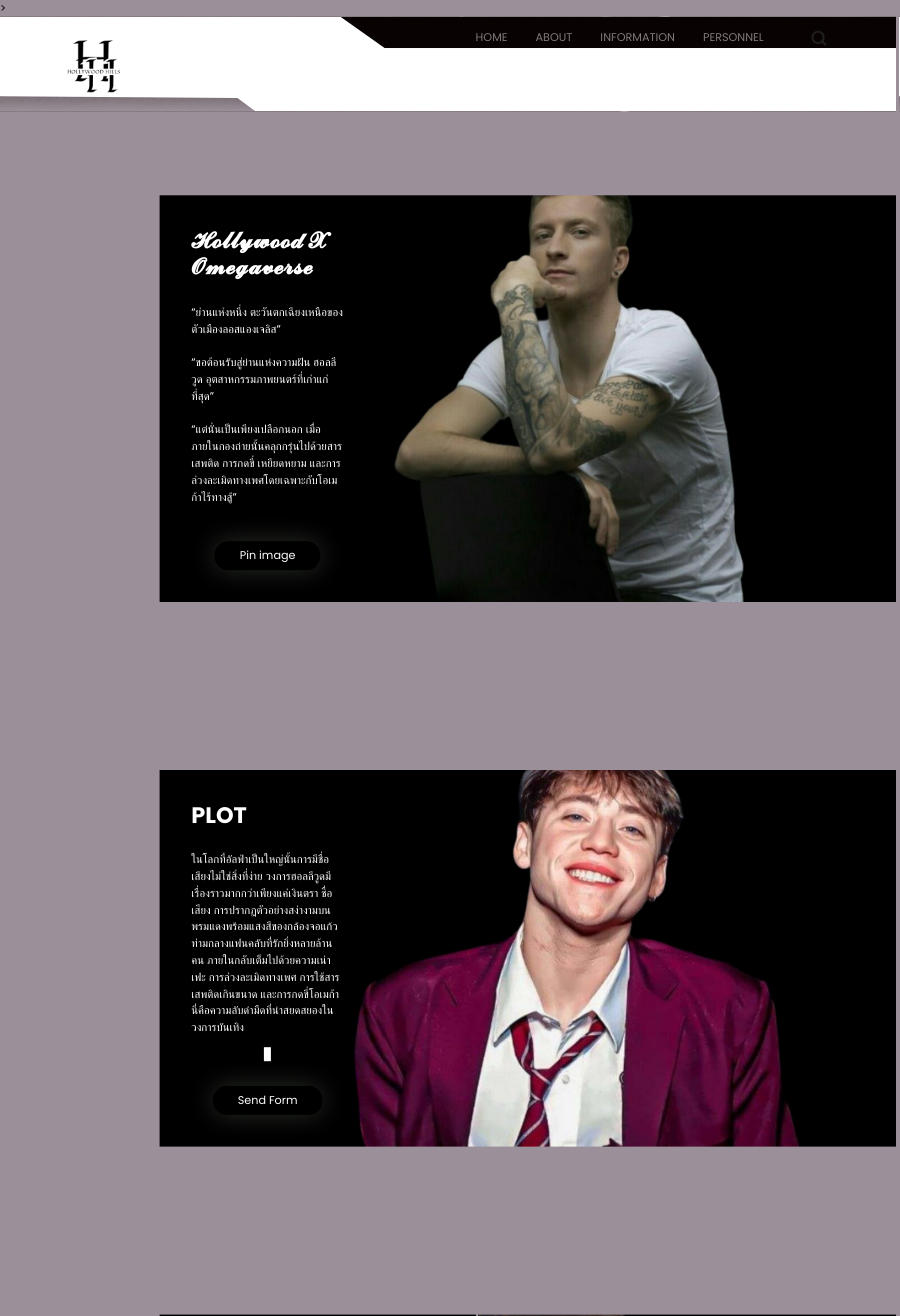
Repository: Hermesmercury88/Omega
Page: about.html
These files come from the project's save history. The page is drawn as it stood at one moment and after the next save; the edit follows.
The browser window is 1280 px wide. The page is 1285 px wide, so the pictures cover 1285 px, including what lies to the right of the window. The pictures show the part of the page from y = 0 to 1880 px (the page is 6060 px tall), at 70% of full size.
Some web fonts or font styles are not loaded; a fallback is used. The style sheet was rebuilt from its Sass, Less or Tailwind sources for each picture, by a compiler version that may differ from the author's.

Above is the page before, as saved 2024-09-21 01:36:45.

### about.html
<!DOCTYPE html>
<html>

<head>
  <!-- Basic -->
  <meta charset="utf-8" />
  <meta http-equiv="X-UA-Compatible" content="IE=edge" />
  <!-- Mobile Metas -->
  <meta name="viewport" content="width=device-width, initial-scale=1, shrink-to-fit=no" />
  <!-- Site Metas -->
  <meta name="keywords" content="" />
  <meta name="description" content="" />
  <meta name="author" content="" />

  <title>Hollywood</title>

  <!-- favicon -->
  <link rel="icon" type="image/x-icon" href="images/logo.png" />

  <!-- slider stylesheet -->
  <link rel="stylesheet" type="text/css" href="https://cdnjs.cloudflare.com/ajax/libs/OwlCarousel2/2.3.4/assets/owl.carousel.min.css" />

  <!-- bootstrap core css -->
  <link rel="stylesheet" type="text/css" href="css/bootstrap.css" />

  <!-- fonts style -->
  <link href="https://fonts.googleapis.com/css?family=Baloo+Chettan|Dosis:400,600,700|Poppins:400,600,700&display=swap" rel="stylesheet" />
  <!-- Custom styles for this template -->
  <link href="css/style.css" rel="stylesheet" />
  <!-- responsive style -->
  <link href="css/responsive.css" rel="stylesheet" />>
</head>

<body class="sub_page">
  <div class="hero_area">
    <!-- header section strats -->
    <header class="header_section">
      <div class="container">
        <div class="header_nav">
          <a class="navbar-brand brand_desktop" href="index.html">
            <img src="images/logo.png" alt="" />
          </a>
          <div class="main_nav">


            <div class="bottom_nav">
              <nav class="navbar navbar-expand-lg custom_nav-container">
                <a class="navbar-brand brand_mobile" href="index.html">
                  <img src="images/logo.png" alt="" />
                </a>
                <button class="navbar-toggler" type="button" data-toggle="collapse" data-target="#navbarSupportedContent" aria-controls="navbarSupportedContent" aria-expanded="false" aria-label="Toggle navigation">
                  <span class="navbar-toggler-icon"></span>
                </button>
                <div class="collapse navbar-collapse" id="navbarSupportedContent">
                  <div class="d-flex ml-auto flex-column flex-lg-row align-items-center">
                    <ul class="navbar-nav  ">
                      <li class="nav-item active">
                        <a class="nav-link" href="index.html">Home <span class="sr-only">(current)</span></a>
                      </li>
                      <li class="nav-item">
                        <a class="nav-link" href="about.html"> About </a>
                      </li>
                      <li class="nav-item">
                        <a class="nav-link" href="information.html"> information </a>
                      </li>
                      <li class="nav-item">
                        <a class="nav-link" href="personnel.html">Personnel</a>
                      </li>
                    </ul>
                    <form class="form-inline">
                      <button class="btn ml-3 ml-lg-5 nav_search-btn" type="submit"></button>
                    </form>
                  </div>
                </div>
              </nav>
            </div>
          </div>
        </div>
      </div>
    </header>
    <!-- end header section -->
  </div>

 <!-- about section -->

 <section class="about_section layout_padding">
  <div class="container-fluid">
    <div class="row">
      <div class="col-md-10 ml-auto pr-0">
        <!-- เพิ่มการกำหนด background image ในกล่องนี้ -->
        <div class="about_container" style="padding: 45px; background-image: url('../images/about-bg.jpg'); background-size: 100%; background-repeat: no-repeat;">
          <div class="row">
            <div class="col-lg-3 col-md-5">
              <div class="detail-box">
                <div class="heading_container">
                  <h2>
                    𝓗𝓸𝓵𝓵𝔂𝔀𝓸𝓸𝓭 𝓧 𝓞𝓶𝓮𝓰𝓪𝓿𝓮𝓻𝓼𝓮
                  </h2>
                </div>
                <p>
                  “ย่านแห่งหนึ่ง ตะวันตกเฉียงเหนือของตัวเมืองลอสแองเจลิส”<br />
                  <br />
                  “ขอต้อนรับสู่ย่านแห่งความฝัน ฮอลลีวูด อุตสาหกรรมภาพยนตร์ที่เก่าแก่ที่สุด”<br />
                  <br />
                  “แต่นั่นเป็นเพียงเปลือกนอก เมื่อภายในกองถ่ายนั้นคลุกกรุ่นไปด้วยสารเสพติด การกดขี่ เหยียดหยาม และการล่วงละเมิดทางเพศโดยเฉพาะกับโอเมก้าไร้ทางสู้”
                </p>
                <a href="">
                  Pin image
                </a>
              </div>
            </div>
          </div>
        </div>
      </div>
    </div>
  </div>
</section>
<!-- end about section -->

<!-- end about section -->


    <!-- about section -->

    <section class="about_section layout_padding">
      <div class="container-fluid">
        <div class="row">
          <div class="col-md-10 ml-auto pr-0">
            <div class="about_container" style="padding: 45px; background-image: url('./images/Mid.jpg'); background-size: 100%; ; background-repeat: no-repeat;">
              <div class="row">
                <div class="col-lg-3 col-md-5">
                  <div class="detail-box">
                    <div class="heading_container">
                      <h2>
                        Plot
                      </h2>
                    </div>
                    <p>
                      ในโลกที่อัลฟ่าเป็นใหญ่นั้นการมีชื่อเสียงไม่ใช่สิ่งที่ง่าย วงการฮอลลีวูดมีเรื่องราวมากกว่าเพียงแค่เงินตรา ชื่อเสียง การปรากฏตัวอย่างสง่างามบนพรมแดงพร้อมแสงสีของกล้องจอแก้วท่ามกลางแฟนคลับที่รักยิ่งหลายล้านคน ภายในกลับเต็มไปด้วยความเน่าเฟะ การล่วงละเมิดทางเพศ การใช้สารเสพติดเกินขนาด และการกดขี่โอเมก้า นี่คือความลับดํามืดที่น่าสยดสยองในวงการบันเทิง <br />
                    </p>
                    <hr />
                    <a href="">
                      Send Form
                    </a>
                  </div>
                </div>
              </div>
            </div>
          </div>
        </div>
      </div>
    </section>
    <!-- end about section -->

    <section class="about_section layout_padding">
      <div class="container-fluid">
        <div class="row">
          <div class="col-md-10 ml-auto pr-0">
            <div class="about_container" style="padding: 30px; background-image: url('../images/ing.jpg'); background-size: 100%; background-repeat: no-repeat;">
              <div class="row">
                <div class="col-lg-3 col-md-5">
                  <div class="detail-box">
                    <p>
                      Theme: Hollywood | Actor | Actress | Activity | Drugs | Slow life | Violence | Drama | Toxic relationships | Omegaverse | 18+ <br />
                      <br/>
                      Type : Red[Violence | Drugs | Harsh words | Toxic relationships ] <br />
                      <br/>
                      Image : Celebrity[จำกัดเมจเอเชีย10คน][ไม่รับเมจรูปวาด อนิเมะ หรือจากเว็บสร้างใดๆ] <br />
                      <br/>
                      Location: Hollywood Hills | Los Angeles County | California<br />
                      <br/>
                      Timeline: Current<br />
                      <br/>
                      Active : 3 weeks<br />
                      <br/>
                      Platform: Instagram [#HH]<br />
                    </p>
                  </div>
                </div>
              </div>
            </div>
          </div>
        </div>
      </div>
    </section>
    <!-- end about section -->

    <section class="about_section layout_padding">
      <div class="container-fluid">
        <div class="row">
          <div class="col-md-10 ml-auto pr-0">
            <div class="about_container" style="padding: 10px; background-image: url('../images/tete.jpg'); background-size: 100%; background-repeat: no-repeat;">
              <div class="row">
                <div class="col-lg-3 col-md-5">
                  <div class="detail-box">
                    <div class="heading_container"></div>
                      <h2>
                        Rule
                      </h2>
                    </div>
                    <p>
                      1.)ไม่อนุมัติการลงอิมเมจอนิเมะหรือรูปวาด ต้องลงอิมเมจคนจริงเท่านั้น สามารถฟลิบเปลี่ยนเมจได้เพียง3ครั้ง<br />
                      <br/>
                      2.)จำกัดลงเมจเอเชีย8คน<br />
                      <br/>
                      3.)จูนิเบียวให้เหมาะสมกับคาร์แรคเตอร์ แกรี่หรือแมรี่ซูขอไม่รับ <br />
                      <br/>
                      4.)แม้ในความเป็นจริงในวงการฮอลลีวูดจะมีประเด็นคดีใคร่เด็กแต่ในส่วนนี้ทางเราขอตัดออกเพื่อเคารพเนื้อหาทางศีลธรรม ขึ้นอยู่กับดุลพินิจของผู้โรลและโปรดใช้วิจารณญาณว่าเหมาะสมหรือไม่<br />
                      <br/>
                      5.)สามารถเหยียดหรือล้อเลียนได้ตามคาร์แต่โปรดยังอยู่ในความเคารพคู่โรลควรมีการดีลกันมาก่อน<br />
                      <br/>
                      6.)ห้ามทะเลาะกันเอง พบเจอจะตักเตือนก่อน หากยังไม่เข้าใจกันสต๊าฟจะเข้ามาเคลียร์ให้เอง<br />
                      <br/>
                    </p>
                  </div>
                </div>
              </div>
            </div>
          </div>
        </div>
      </div>
    </section>
    <!-- end about section -->

    <!-- about section -->

    <section class="about_section layout_padding">
      <div class="container-fluid">
        <div class="row">
          <div class="col-md-10 ml-auto pr-0">
            <div class="about_container" style="padding: 45px; background-image: url('./images/The.jpg'); background-size: 130%; ; background-repeat: no-repeat;">
              <div class="row">
                <div class="col-lg-3 col-md-5">
                  <div class="detail-box">
                    <div class="heading_container">
                      <h2>
                        Position
                      </h2>
                    </div>
                    <p>
                      Actor | Actress | Model [นักแสดง นายแบบ นางแบบ] <br />
                      <br />
                      Director [ผู้กำกับ]<br />
                      <br />
                      Producer [โปรดิวเซอร์]<br />
                      <br />
                      Photography [ช่างภาพ]<br />
                      <br />
                      Scriptwriter [นักเขียนบท]<br />
                      <br />
                      Composer [นักแต่งเพลง]<br />
                      <br />
                      Costume Designer [นักออกแบบเครื่องแต่งกาย]<br />
                      <br />
                      Paparazzi [นักข่าวสายบันเทิงที่นำเสนอข่าวในแนวแอบถ่าย]<br />
                      <br />
                      Reporter | Journalist [นักข่าว]<br />
                      <br />
                      More [โปรดระบุในขอบเขตกองถ่าย]
                    </p>
                    <a href="">
                      Form
                    </a>
                    <a href="">
                      Check
                    </a>
                  </div>
                </div>
              </div>
            </div>
          </div>
        </div>
      </div>
    </section>
    <!-- end about section -->
  </section>

  <!-- client section -->
<section class="client_section layout_padding-bottom">
  <div class="container-fluid">
    <div class="row">
      <div class="col-md-10 col-lg-8 mx-auto">
        <div class="client_container">
          <div class="heading_container">
            <h2>
              Locked Image
            </h2>
            <p>
              อิมเมจที่ทางสต๊าฟล็อคเอาไว้
            </p>
          </div>
          <div class="client_box-container">
            <div class="carousel-wrap ">
              <div class="owl-carousel">

                <div class="item">
                  <div class="box">
                    <div class="img-box">
                      <img src="images/client1.jpg" alt="" />
                    </div>
                    <div class="detail-box">
                      <h4>
                        Marco Reus
                      </h4>
                      <h6>
                        Friedrich Günter 'Frank' Burkhard
                      </h6>
                      <p>
                        "Zwei Dinge sind unendlich, das Universum und die menschliche Dummheit, aber bei dem Universum bin ich mir noch nicht ganz sicher"
                      </p>
                      <img src="images/quote.png" alt="" />
                    </div>
                  </div>
                </div>

                <div class="item">
                  <div class="box">
                    <div class="img-box">
                      <img src="images/client2.jpg" alt="" />
                    </div>
                    <div class="detail-box">
                      <h4>
                        Francisco "Chico" Lachowski
                      </h4>
                      <p>
                        " Mais vale um pássaro na mão do que dois voando" <br/>
                        <br/>
                        "Um passo à frente você não está mais no mesmo lugar"
                      </p>
                      <img src="images/quote.png" alt="" />
                    </div>
                  </div>
                </div>

                <div class="item">
                  <div class="box">
                    <div class="img-box">
                      <img src="images/client3.jpg" alt="" />
                    </div>
                    <div class="detail-box">
                      <h4>
                        Paulo Ezequiel Londra
                      </h4>
                      <p>
                        "Te mando un beso" <br/>
                        <br/>
                        "Hacete unos mates"
                      </p>
                      <img src="images/quote.png" alt="" />
                    </div>
                  </div>
                </div>

                <div class="item">
                  <div class="box">
                    <div class="img-box">
                      <img src="images/client4.jpg" alt="" />
                    </div>
                    <div class="detail-box">
                      <h4>
                        Jacob Benjamin Gyllenhaal
                      </h4>
                      <p>
                        "I love ice cream"
                      </p>
                      <img src="images/quote.png" alt="" />
                    </div>
                  </div>
                </div>

                <div class="item">
                  <div class="box">
                    <div class="img-box">
                      <img src="images/client5.jpg" alt="" />
                    </div>
                    <div class="detail-box">
                      <h4>
                        Héctor Fort García
                      </h4>
                      <p>
                        "Nunca renuncies a un sueño por el tiempo que se requiere para lograrlo. El tiempo pasará de todas formas" <br/>
                        <br/>
                        "La mayoría de las personas gastan más tiempo y energías en hablar de los problemas que en afrontarlos"
                      </p>
                      <img src="images/quote.png" alt="" />
                    </div>
                  </div>
                </div>

                <div class="item">
                  <div class="box">
                    <div class="img-box">
                      <img src="images/client6.jpg" alt="" />
                    </div>
                    <div class="detail-box">
                      <h4>
                        Mats Julian Hummels
                      </h4>
                      <p>
                        "skibidi sigma dookie pookie tv man cameraman VS titan skibidi pookie dop dop yes yes have a baby name Judy skiskiskiskibidi dop dop dop yes yes"
                      </p>
                      <img src="images/quote.png" alt="" />
                    </div>
                  </div>
                </div>

              </div>
            </div>
          </div>
        </div>
      </div>
    </div>
  </div>
</section>

 <!-- info section -->
<div class="info_section">
  <div class="container-fluid">
    <div class="row">
      <div class="col-md-10 ml-auto">
        <div class="row info_main-row">
          <div class="col-md-6 pr-0">

            <!-- footer section -->
            <section class="footer_section">
              <div class="social_box">
                <a href="https://www.facebook.com/profile.php?id=100014243778331">
                  <img src="images/facebook.png" alt="">
                  <span>Reina De Corazones</span>
                </a>
                <a href="https://www.facebook.com/profile.php?id=100095368592925">
                  <img src="images/facebook.png" alt="">
                  <span>Trey S. Hardrock</span>
                </a>
                <a href="https://www.facebook.com/profile.php?id=100079927197640">
                  <img src="images/facebook.png" alt="">
                  <span>Theodoric T. Torres</span>
                </a>
                <a href="https://www.facebook.com/profile.php?id=100074561253444">
                  <img src="images/facebook.png" alt="">
                  <span>Kawinthip Doungpakote</span>
                </a>
                <a href="https://www.facebook.com/midfield.alvarez">
                  <img src="images/facebook.png" alt="">
                  <span>MID FIELD</span>
                </a>
                <a href="https://www.facebook.com/profile.php?id=100075234154325">
                  <img src="images/facebook.png" alt="">
                  <span>อี' แต๋ว</span>
                </a>
              </div>
            </section>
            <!-- footer section -->

          </div>
          <div class="col-md-6  px-0">
            <div class="img-box">
              <img src="images/footer-img.jpg" alt="">
            </div>
          </div>
        </div>
      </div>
    </div>
  </div>
</div>
<!-- end info section -->








 <script type="text/javascript" src="js/jquery-3.4.1.min.js"></script>
 <script type="text/javascript" src="js/bootstrap.js"></script>
 <script type="text/javascript" src="https://cdnjs.cloudflare.com/ajax/libs/OwlCarousel2/2.3.4/owl.carousel.min.js">
 </script>

 <script>
   function openNav() {
     document.getElementById("myNav").classList.toggle("menu_width");
     document.querySelector(".custom_menu-btn").classList.toggle("menu_btn-style");
   }
 </script>

 <!-- owl carousel script -->
 <script type="text/javascript">
   $(".owl-carousel").owlCarousel({
     loop: true,
     margin: 10,
     nav: true,
     navText: [],
     autoplay: true,
     autoplayHoverPause: true,
     responsive: {
       0: {
         items: 1
       },
       600: {
         items: 2
       },
       1000: {
         items: 2
       }
     }
   });


   $(".owl_carousel1").owlCarousel({
     loop: true,
     margin: 25,
     nav: true,
     navText: [],
     autoplay: true,
     autoplayHoverPause: true,
     responsive: {
       0: {
         items: 1
       },
       600: {
         items: 2
       },
       1000: {
         items: 2
       }
     }
   });
 </script>
 <!-- end owl carousel script -->


</body>

</html>

Loaded but not shown: css/bootstrap.css (library); js/jquery-3.4.1.min.js (library); js/bootstrap.js (library); css/style.scss (892 lines, source omitted); css/responsive.css (239 lines, source omitted)

After the next save:
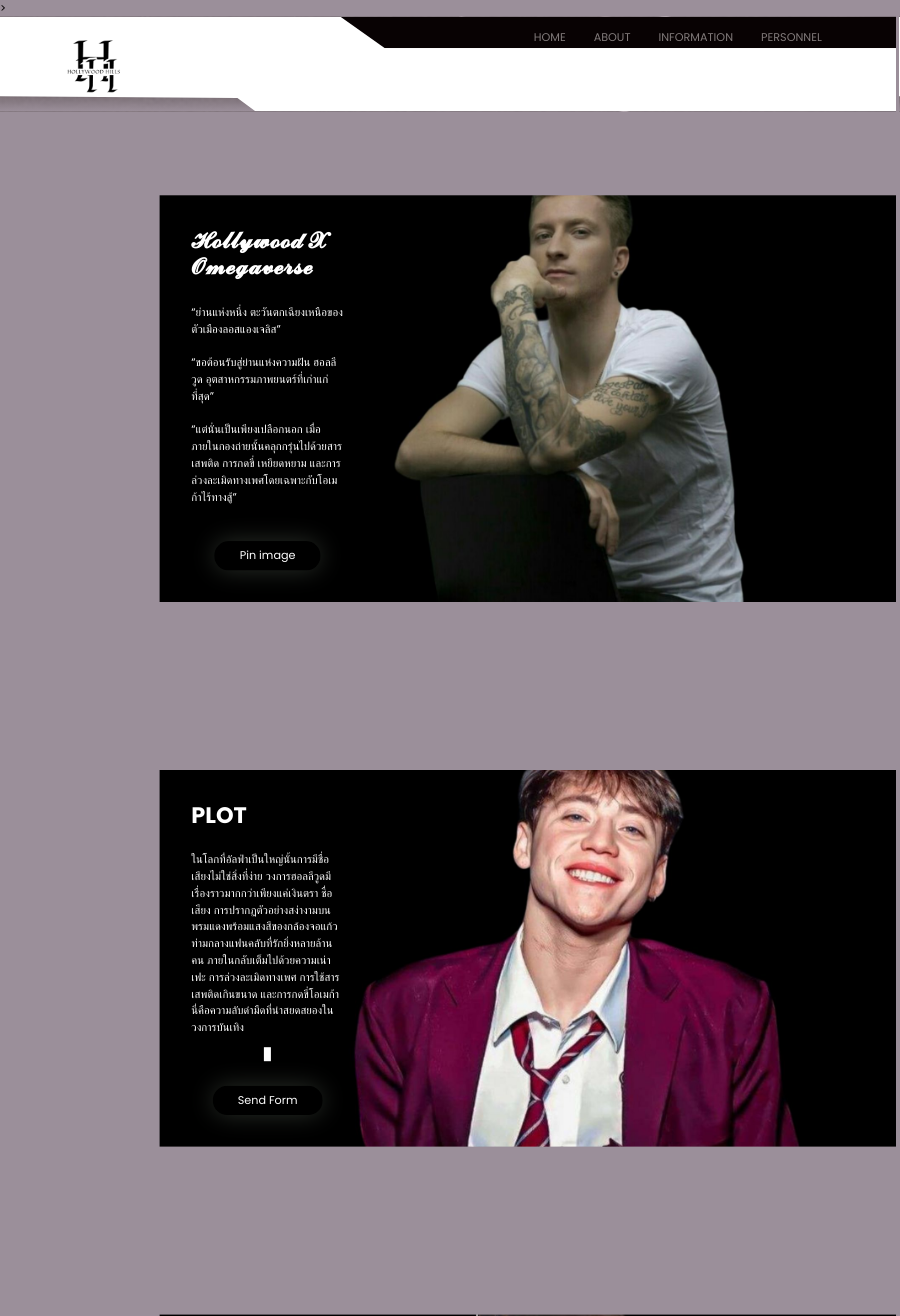
Saved 2 min 21 s later.
--- a/about.html
+++ b/about.html
@@ -67,9 +67,6 @@
                         <a class="nav-link" href="personnel.html">Personnel</a>
                       </li>
                     </ul>
-                    <form class="form-inline">
-                      <button class="btn ml-3 ml-lg-5 nav_search-btn" type="submit"></button>
-                    </form>
                   </div>
                 </div>
               </nav>
